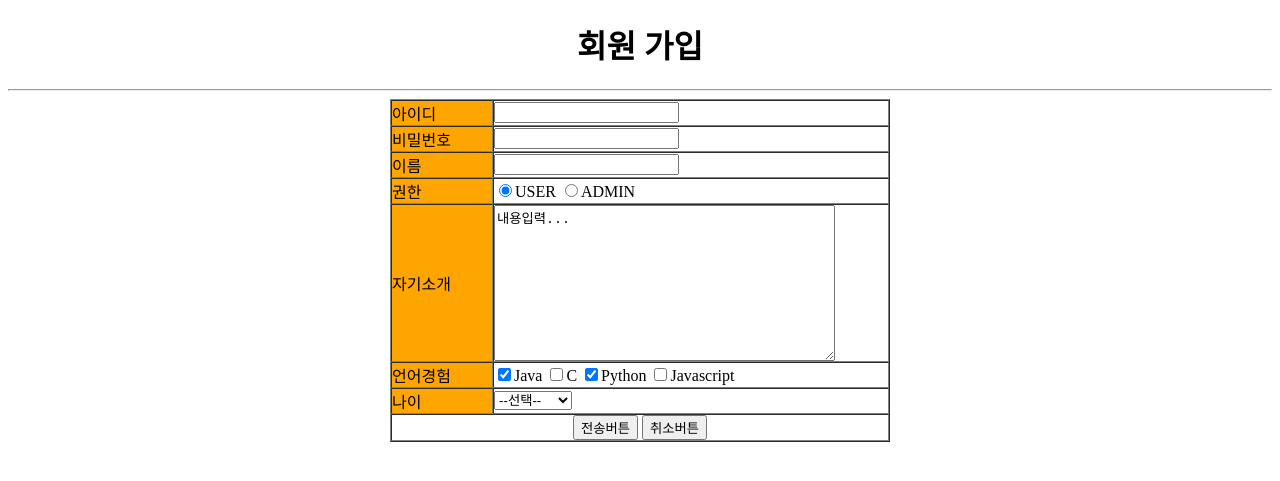
Repository: serim53/JSPStudy
Page: http://localhost/BoardWeb_JSP_/insertUser.jsp
These files come from the project's save history. The page is drawn as it stood at one moment and after the next save; the edit follows.
The browser window is 1280 px wide. The pictures show the whole page.
The page is served by Tomcat 10. Other server files are loaded and not shown.

Above is the page before, as saved 2025-07-10 03:04:19.

### BoardWeb(JSP)/src/main/webapp/insertUser.jsp
<%@page contentType="text/html; charset=UTF-8"%>

<!DOCTYPE html PUBLIC "-//W3C//DTD HTML 4.01 Transitional//EN" "http://www.w3.org/TR/html4/loose.dtd">
<html>
<head>
<meta http-equiv="Content-Type" content="text/html; charset=UTF-8">
<title>회원가입</title>
</head>
<body>
<center>
<h1>회원 가입</h1>
<hr>
<form action="insertUser.do" method="get">

<table border="1" cellpadding="0" cellspacing="0" width="500">
	<tr>
		<td bgcolor="orange" width="100">아이디</td>
		<td><input name="id" type="text"/></td>
	</tr>
	<tr>
		<td bgcolor="orange">비밀번호</td>
		<td><input name="password" type="password"/></td>
	</tr>
	<tr>
		<td bgcolor="orange">이름</td>
		<td><input name="name" type="text"/></td>
	</tr>
	<tr>
		<td bgcolor="orange">권한</td>
		<td>
			<input name="role" value="USER" type="radio" checked/>USER
      		<input name="role" value="ADMIN" type="radio"/>ADMIN<br>
    	</td>
	</tr>
	<tr>
		<td bgcolor="orange">자기소개</td>
		<td><textarea name="selfInfo" rows="10" cols="40">내용입력...</textarea></td>
	</tr>
	<tr>
		<td bgcolor="orange">언어경험</td>
		<td>
			<input name="languages" value="Java" type="checkbox" checked/>Java
		    <input name="languages" value="C" type="checkbox"/>C
		    <input name="languages" value="Python" type="checkbox" checked/>Python
		    <input name="languages" value="Javascript" type="checkbox"/>Javascript
		</td>
	</tr>
	<tr>
		<td bgcolor="orange">나이</td>
		<td>
			<select name="age">
				<option>--선택--
				<option>10대
				<option>20대
				<option>30대
				<option>40대
				<option>50대
				<option>60대 이상
		  </select>
		</td>
	</tr>
	<tr>
		<td colspan="2" align="center">
			<input type="submit" value="전송버튼"/>
			<input type="reset" value="취소버튼"/>
		</td>
	</tr>
</table>
<!-- 아이디 : <input type="text" size="20"/><br>
비밀번호 : <input type="password" size="20"/><br>
이름 : <input type="text"/><br>
권한 : <input name="role" type="radio" checked/>USER
      <input name="role" type="radio"/>ADMIN<br>
자기소개 : <textarea rows="10" cols="40">내용입력...</textarea><br>
언어 경험 : <input type="checkbox" checked/>Java
		  <input type="checkbox"/>C
		  <input type="checkbox" checked/>Python
		  <input type="checkbox"/>Javascript<br>
나이 : <select>
		<option>--선택--
		<option>10대
		<option>20대
		<option>30대
		<option>40대
		<option>50대
		<option>60대 이상
	  </select><br>
<input type="submit" value="전송버튼"/>
<input type="reset" value="취소버튼"/> -->
</form>
</center>
</body>
</html>

After the next save:
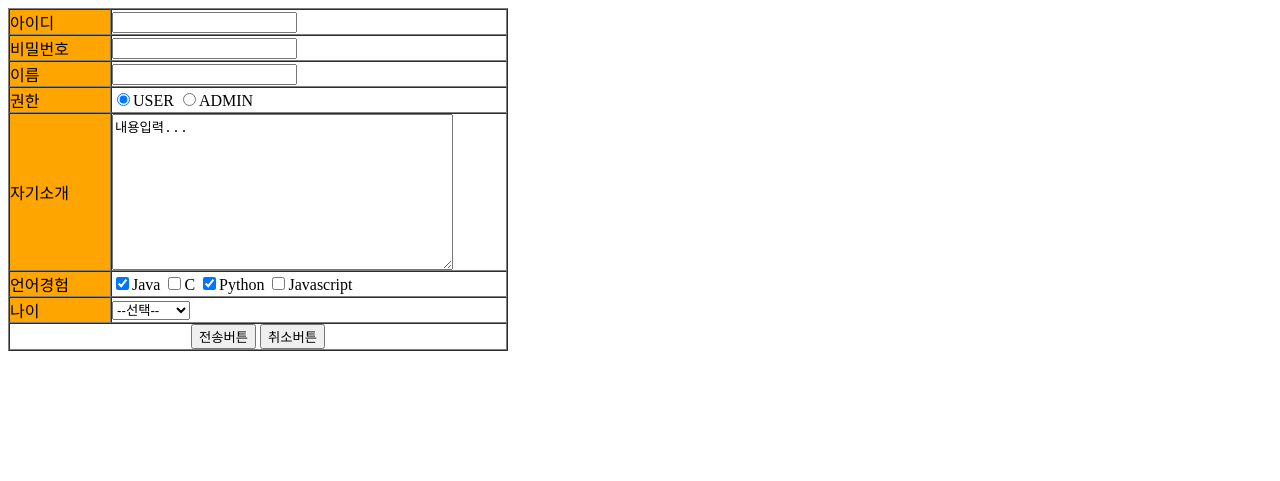
Saved 56 s later.
--- a/BoardWeb(JSP)/src/main/webapp/insertUser.jsp
+++ b/BoardWeb(JSP)/src/main/webapp/insertUser.jsp
@@ -1,15 +1,5 @@
 <%@page contentType="text/html; charset=UTF-8"%>
 
-<!DOCTYPE html PUBLIC "-//W3C//DTD HTML 4.01 Transitional//EN" "http://www.w3.org/TR/html4/loose.dtd">
-<html>
-<head>
-<meta http-equiv="Content-Type" content="text/html; charset=UTF-8">
-<title>회원가입</title>
-</head>
-<body>
-<center>
-<h1>회원 가입</h1>
-<hr>
 <form action="insertUser.do" method="get">
 
 <table border="1" cellpadding="0" cellspacing="0" width="500">
